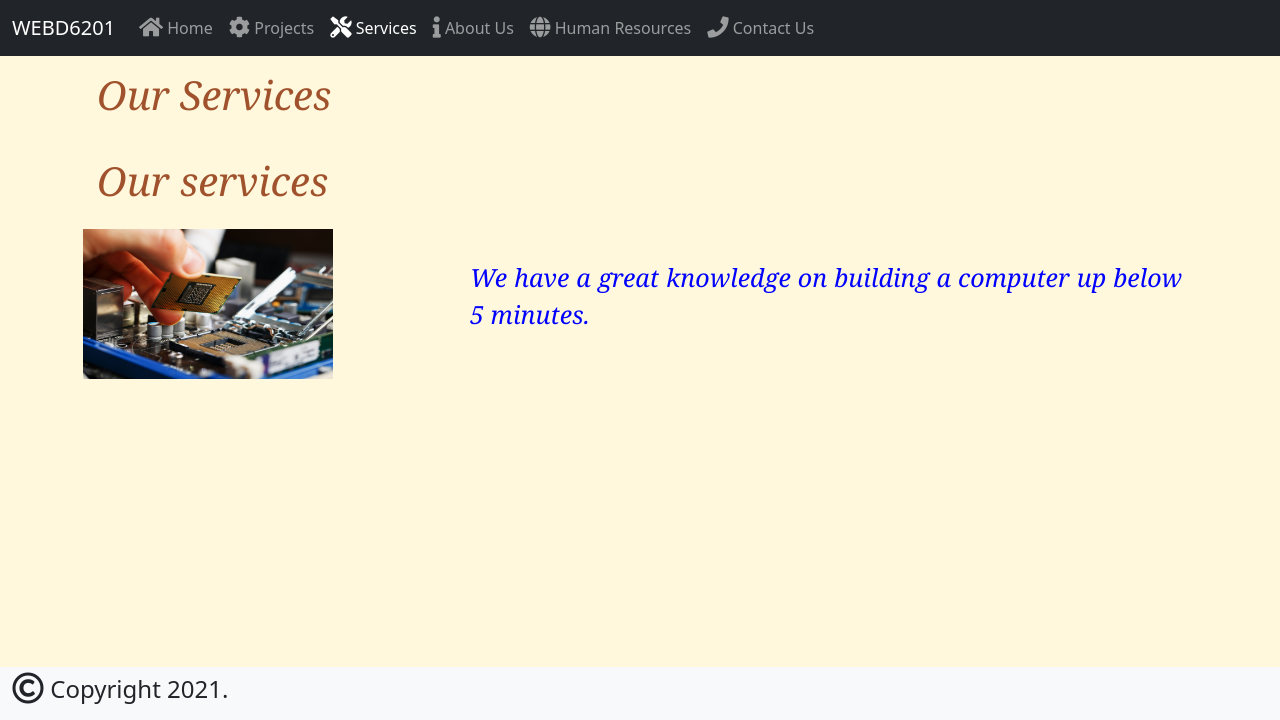
Repository: YiuWingLau/WEBD6201-W2021-Lab1
Page: services.html
The author's editor kept a copy of each file at every save. The page is drawn from the files as they stood at one save, then again after the next save.
The browser window is 1280 px wide. The pictures show the whole page.

Above is the page before, as saved 2021-02-04 22:05:52.
Console error: ReferenceError: project is not defined

After the next save:
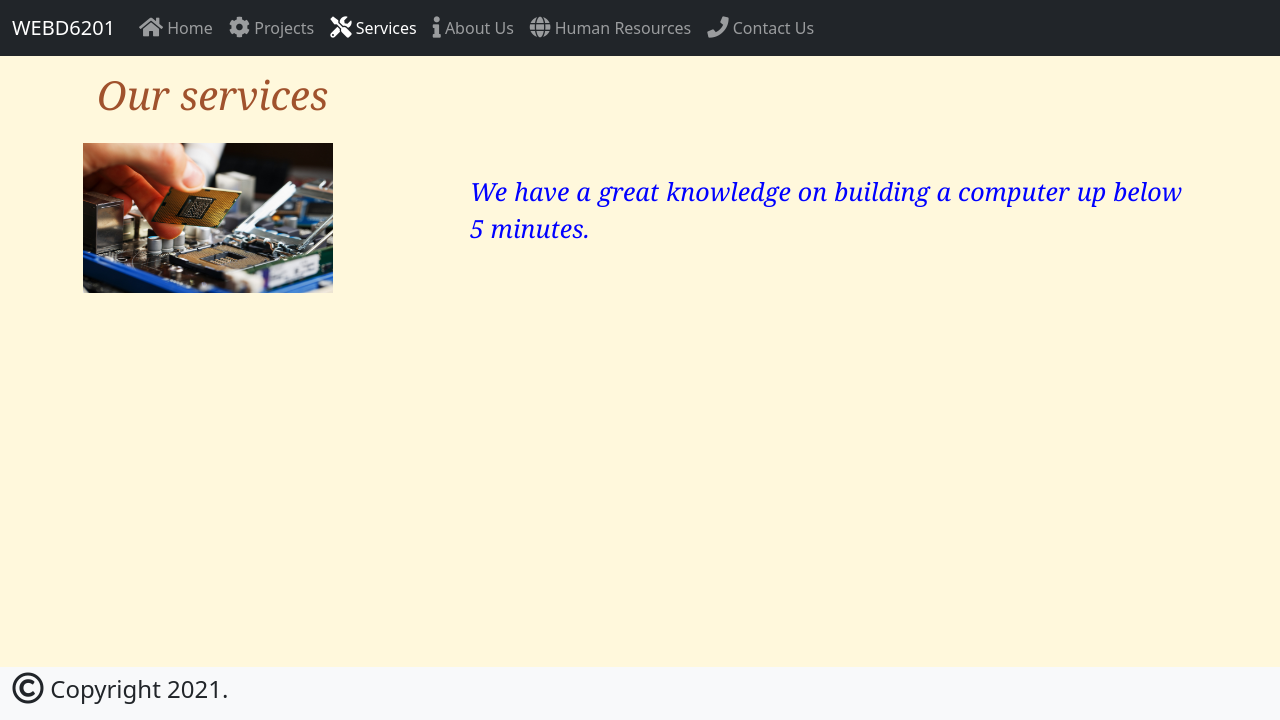
Saved 18 s later.
--- a/services.html
+++ b/services.html
@@ -49,7 +49,6 @@
       </nav>
   </header>
     <main class="container">
-        <h1>Our Services</h1>
     </main>
 
     <footer>
